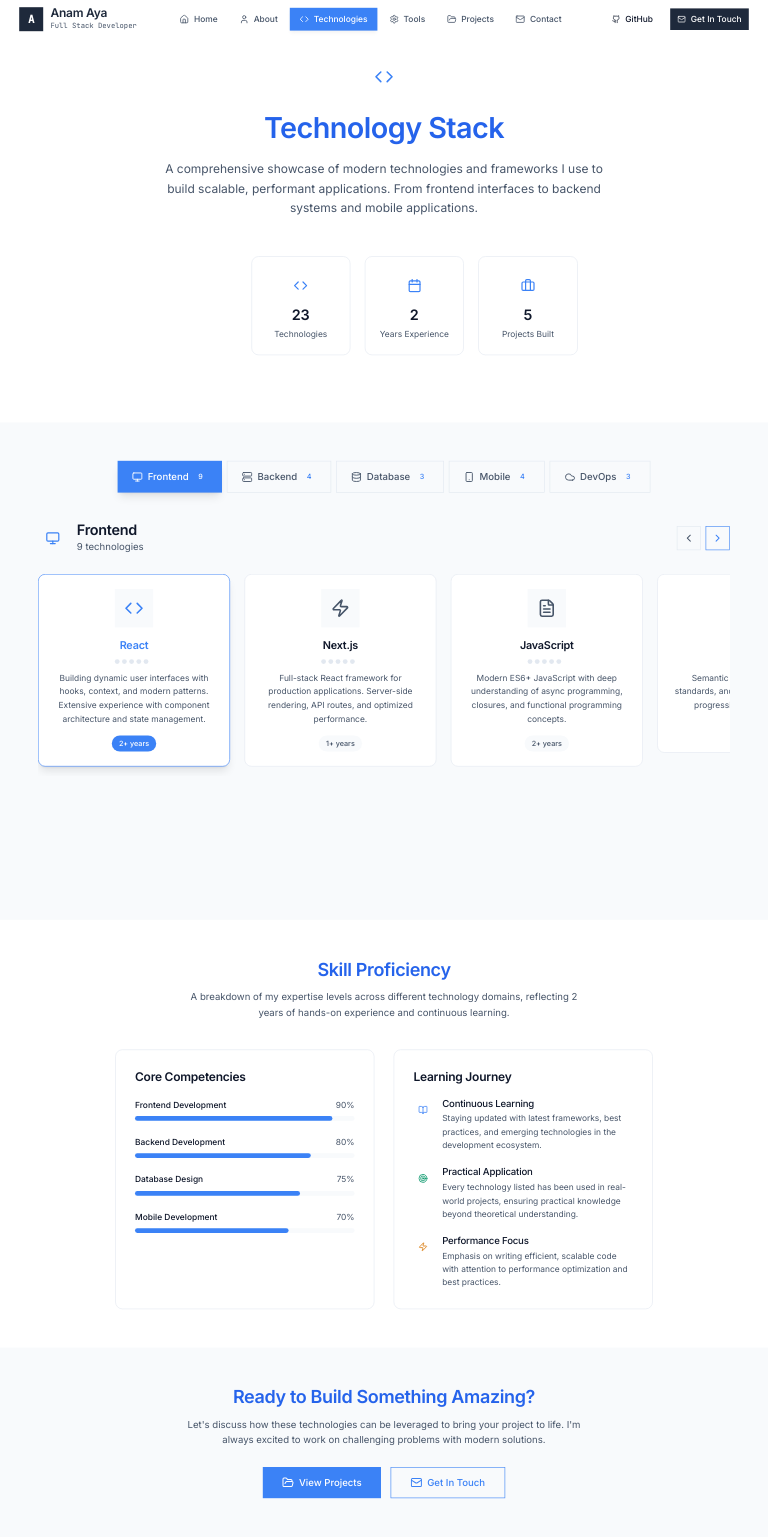
Repository: ayaaas/portflio_aya
Page: /technologies-interactive-stack-showcase
These files come from the project's save history. The page is drawn as it stood at one moment and after the next save; the edit follows.
The browser window is 1280 px wide. The pictures show the whole page, at 60% of full size.
The project was rebuilt for these pictures with package versions that can differ from the ones it lists, and the page was loaded fresh each time. Also part of the build but not shown: vite.config.mjs, src/components/ErrorBoundary.jsx, src/components/AppImage.jsx, src/pages/hero-section-developer-portfolio/components/ProfileImage.jsx, src/pages/hero-section-developer-portfolio/components/AnimatedText.jsx, src/pages/hero-section-developer-portfolio/components/HeroContent.jsx, src/pages/hero-section-developer-portfolio/components/BackgroundPattern.jsx, src/pages/hero-section-developer-portfolio/components/ScrollIndicator.jsx and 23 more.

Above is the page before, as saved 2025-07-20 00:56:59.

After the next save:
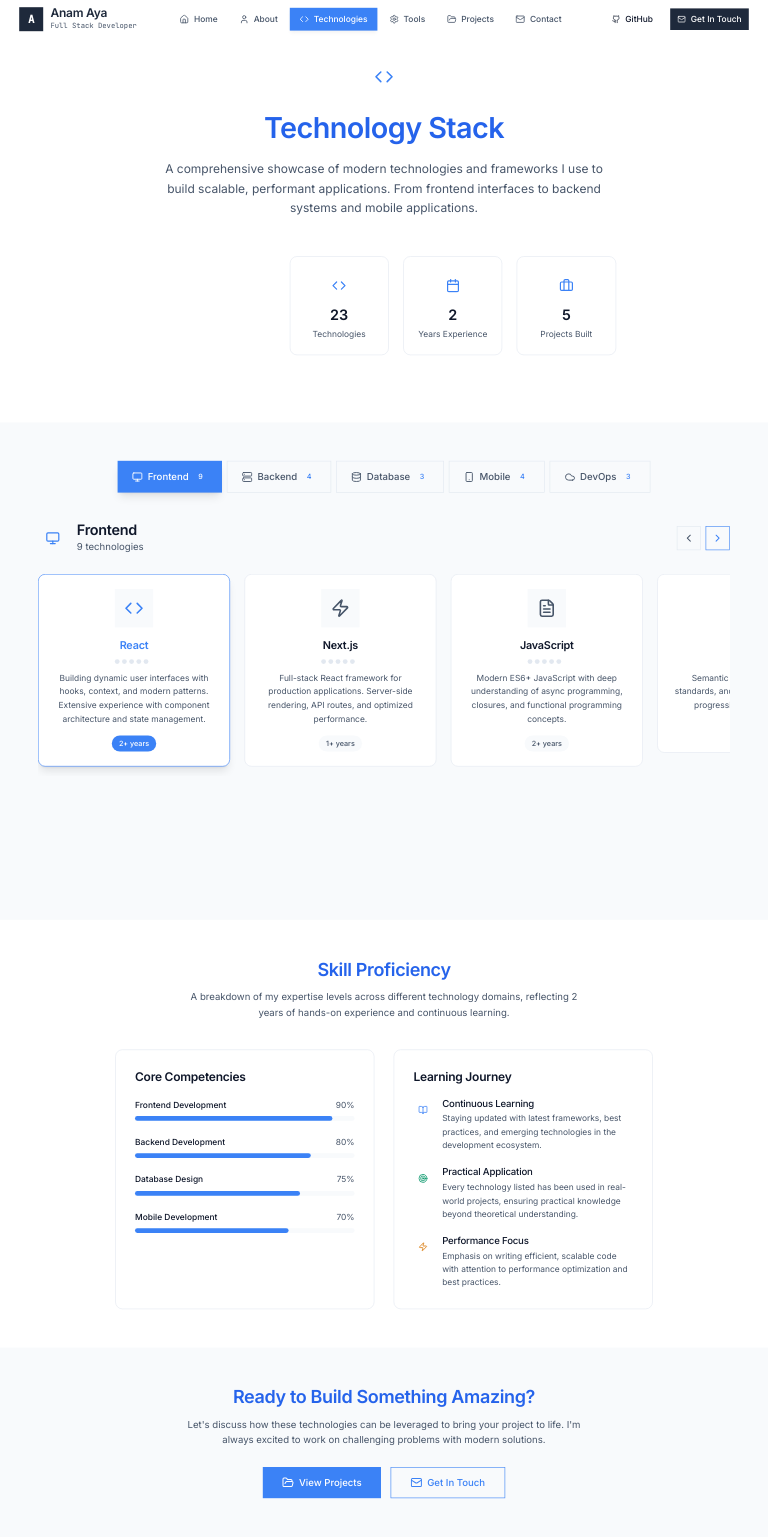
Saved 15 s later.
--- a/src/pages/technologies-interactive-stack-showcase/index.jsx
+++ b/src/pages/technologies-interactive-stack-showcase/index.jsx
@@ -253,8 +253,8 @@ const TechnologiesInteractiveStackShowcase = () => {
               </p>
             </div>
 
-            {/* Technology Stats - slightly less to the right with padding-right */}
-            <div className={`flex justify-end pr-16 transition-all duration-1000 delay-200 ${
+            {/* Technology Stats - RIGHT ALIGNED */}
+            <div className={`flex justify-end transition-all duration-1000 delay-200 ${
               isVisible ? 'opacity-100 translate-y-0' : 'opacity-0 translate-y-8'
             }`}>
               <TechnologyStats stats={technologyStats} />
